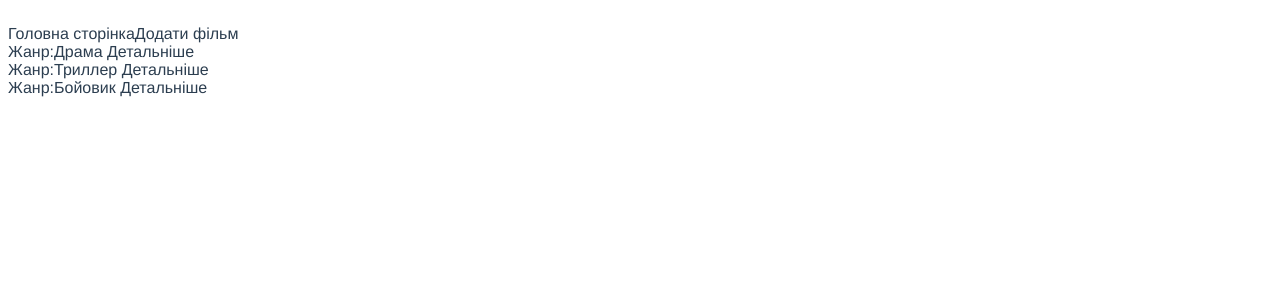
Repository: kristinap8/movies-gallery
Page: /all_movies
An editor plug-in stored every save of this project. The page is shown before and after the next save, followed by the edit.
The browser window is 1280 px wide. The pictures show the whole page.
The project was rebuilt for these pictures with package versions that can differ from the ones it lists, and the page was loaded fresh each time. Also part of the build but not shown: src/pages/Home/index.vue, src/components/MovieDetails/index.vue, src/pages/Movie/index.vue, src/components/AddMovieForm/index.vue, src/pages/AddMovie/index.vue.

Above is the page before, as saved 2020-11-15 22:27:25.

### src/main.js
import Vue from 'vue'
import App from './App.vue'
import store from "./store"
import router from "./router"

Vue.config.productionTip = false

new Vue({
  router,
  store,
  render: h => h(App),
}).$mount('#app')

### src/App.vue
<template>
  <div id="app">
    <router-view/>
    </div>
</template>

<script>


export default {
  name: 'App',
  components: {

  }
}
</script>

<style>
#app {
  font-family: Avenir, Helvetica, Arial, sans-serif;
  -webkit-font-smoothing: antialiased;
  -moz-osx-font-smoothing: grayscale;
  color: #2c3e50;
  margin-top: 25px;
}
</style>

### src/store/index.js
import Vue from "vue";
import Vuex from "vuex";
import { v4 as uuid_v4 } from 'uuid'

Vue.use(Vuex);

const store=new Vuex.Store({
    state:{
       moviesList:[
           {
               id:1,
               name:"Джокер",
               image:"https://upload.wikimedia.org/wikipedia/ru/thumb/6/6f/%D0%94%D0%B6%D0%BE%D0%BA%D0%B5%D1%80_%28%D1%84%D0%B8%D0%BB%D1%8C%D0%BC_%D0%A2%D0%BE%D0%B4%D0%B4%D0%B0_%D0%A4%D0%B8%D0%BB%D0%BB%D0%B8%D0%BF%D1%81%D0%B0%29.jpg/202px-%D0%94%D0%B6%D0%BE%D0%BA%D0%B5%D1%80_%28%D1%84%D0%B8%D0%BB%D1%8C%D0%BC_%D0%A2%D0%BE%D0%B4%D0%B4%D0%B0_%D0%A4%D0%B8%D0%BB%D0%BB%D0%B8%D0%BF%D1%81%D0%B0%29.jpg",
               genre:"Драма",
               year:2019,
               country:"США",
               actors:"Роберт де Ніро,Хоакін Фенікс,Ши Уигхем",
               duration:122
           },
           {
            id:2,
            name:"Воно",
            image:"https://media.socastsrm.com/wordpress/wp-content/blogs.dir/679/files/2019/09/it_chapter_two_pennywise_poster.png",
            genre:"Триллер",
            year:2017,
            country:"США",
            actors:"Білл Скарсгард,Ері Коен,Хавйер Ботет",
            duration:135
           },
           {
            id:3,
            name:"Форсаж 8",
            image:"https://img.odessa1.com/images/events/326x464/m2-17534-1.jpg",
            genre:"Бойовик",
            year:2017,
            country:"США",
            actors:"Він Дизель,Джейсон Стейтем,Дуейн Джонсон",
            duration:136
           }
       ]
    },
    mutations:{
        addMovie(state, data) {
             state.moviesList.push({
              id: uuid_v4(),
              ...data,
            })
          },
    },
    actions:{
        addMovie({ commit }, movie) {
            commit('addMovie', movie)
          },
    },
    getters:{
        getMovies: (state) => state.moviesList,
        getMoviesCount:(state) => state.moviesList.length,
        getMovieById:(state)=>(id)=>{return state.moviesList.find(movie=>movie.id===id)}
    }
})

export default store;

### src/router.js
import Vue from "vue";
import VueRouter from "vue-router";

import Home from "@/pages/Home";
import Movie from "@/pages/Movie";
import AddMovie from "@/pages/AddMovie";
import AllMovies from "@/pages/AllMovies";

Vue.use(VueRouter);

const routes=[
    {
        path:"/",
        name:'home',
        component:Home
    },
    {
        path:"/all_movies",
        name:'all-movies',
        component:AllMovies
    },
    {
        path:"/add_movie",
        name:'add-movie',
        component:AddMovie
    },
    {
        path:"/movie/:movie_id",
        name:'movie',
        component:Movie
    }
];
const router=new VueRouter({
    mode:"history",
    routes
});

export default router;

### src/pages/AllMovies/index.vue
<template>
    <div>
       <b-button-group size="lg">
       <b-button to="/" variant="light">Головна сторінка</b-button>
       <b-button to="/add_movie" variant="light">Додати фільм</b-button>
       </b-button-group>
        <movies-list/>
    </div>
</template>

<script>
import MoviesList from "../../components/MoviesList"
    export default {
        name:"AllMovies",
        components:{
            MoviesList
        }
    }
</script>

<style lang="scss">

</style>

### src/components/MoviesList/index.vue
<template>
    <div>
        <b-card-group deck>
         <movie-info
        v-for="movie in getMovies"
        :key="movie.id"
        :id="movie.id"
        :name="movie.name"
        :image="movie.image"
        :year="movie.year"
        :genre="movie.genre"
        :country="movie.country"
        :actors="movie.actors"
        :duration="movie.duration"
        />
        </b-card-group>
    </div>
</template>

<script>
import { mapGetters } from 'vuex'
import MovieInfo from "../MovieInfo"
    export default {
        name:"MoviesList",
        components:{
            MovieInfo
        },
        computed: {
       ...mapGetters(['getMovies']),
  },
    }
</script>

<style lang="scss" scoped>

</style>

### src/components/MovieInfo/index.vue
<template>
    <div>
    <b-card
    :title='name'
    :img-src='image'
    img-alt="movie-image"
    style="max-width: 12rem;"
    img-top
    >
    <b-card-text>
        Жанр:{{genre}}
     </b-card-text>
    <b-button variant="light" @click="goToDetails">Детальніше</b-button>
  </b-card>
    </div>
</template>

<script>

    export default {
        name:"MovieInfo",
        props: {
            id: {
                type: [String,Number],
                required:true,
            },
            name:{
                type:String,
                required:true
            },
            image:{
                type:String,
                default:require('../../assets/images/movie-logo.jpg')
            },
            genre:{
                type:String,
                default:"Жанр не вказаний"
            },
            year:{
                type:[String,Number],
                default:"Немає року випуску"
            },
            country:{
                type:String,
                default:"Рік невідомий"
            },
            actors:{
                type:String,
                default:"Акторів не вказано"
            },
            duration:{
                type:[String,Number],
                default:"Тривалість даного фільму невідома"
            }

        },
        methods: {
            goToDetails() {
                this.$router.push({
                    name:'movie',
                    params:{movie_id:this.id}
                })
            }
        },
    }
</script>

<style lang="scss" scoped>

</style>

Loaded but not shown: public/index.html (common file)

After the next save:
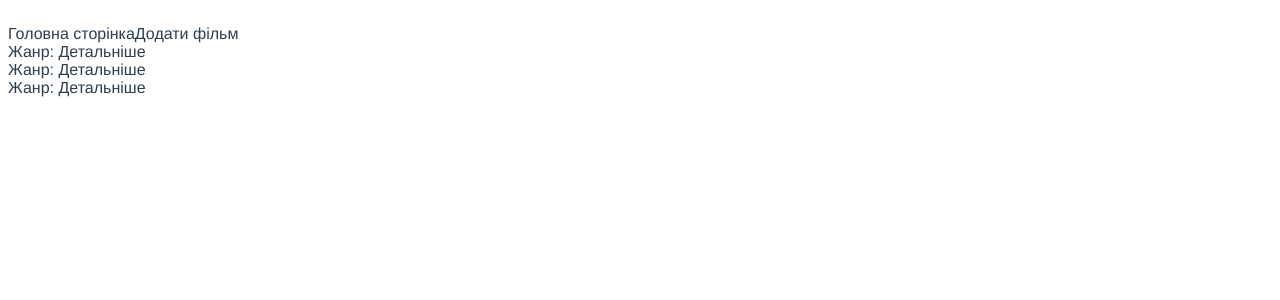
Saved 11 min 20 s later.
--- a/src/components/MovieInfo/index.vue
+++ b/src/components/MovieInfo/index.vue
@@ -24,34 +24,7 @@
                 type: [String,Number],
                 required:true,
             },
-            name:{
-                type:String,
-                required:true
-            },
-            image:{
-                type:String,
-                default:require('../../assets/images/movie-logo.jpg')
-            },
-            genre:{
-                type:String,
-                default:"Жанр не вказаний"
-            },
-            year:{
-                type:[String,Number],
-                default:"Немає року випуску"
-            },
-            country:{
-                type:String,
-                default:"Рік невідомий"
-            },
-            actors:{
-                type:String,
-                default:"Акторів не вказано"
-            },
-            duration:{
-                type:[String,Number],
-                default:"Тривалість даного фільму невідома"
-            }
+
 
         },
         methods: {

After the save that followed:
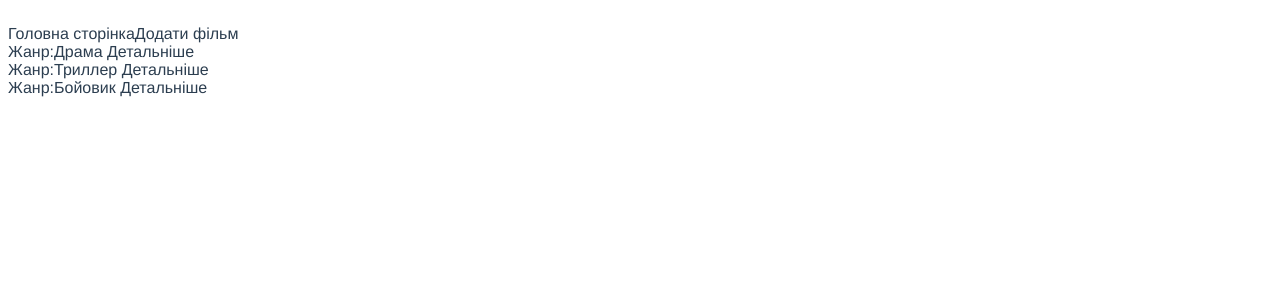
Saved 9 min 26 s later.
--- a/src/components/MovieInfo/index.vue
+++ b/src/components/MovieInfo/index.vue
@@ -20,11 +20,34 @@
     export default {
         name:"MovieInfo",
         props: {
-            id: {
-                type: [String,Number],
-                required:true,
+            name:{
+                type:String,
+                required:true
             },
-
+            image:{
+                type:String,
+                default:require('../../assets/images/movie-logo.jpg')
+            },
+            genre:{
+                type:String,
+                default:"Жанр не вказаний"
+            },
+            year:{
+                type:[String,Number],
+                default:"Немає року випуску"
+            },
+            country:{
+                type:String,
+                default:"Рік невідомий"
+            },
+            actors:{
+                type:String,
+                default:"Акторів не вказано"
+            },
+            duration:{
+                type:[String,Number],
+                default:"Тривалість даного фільму невідома"
+            }
 
         },
         methods: {
